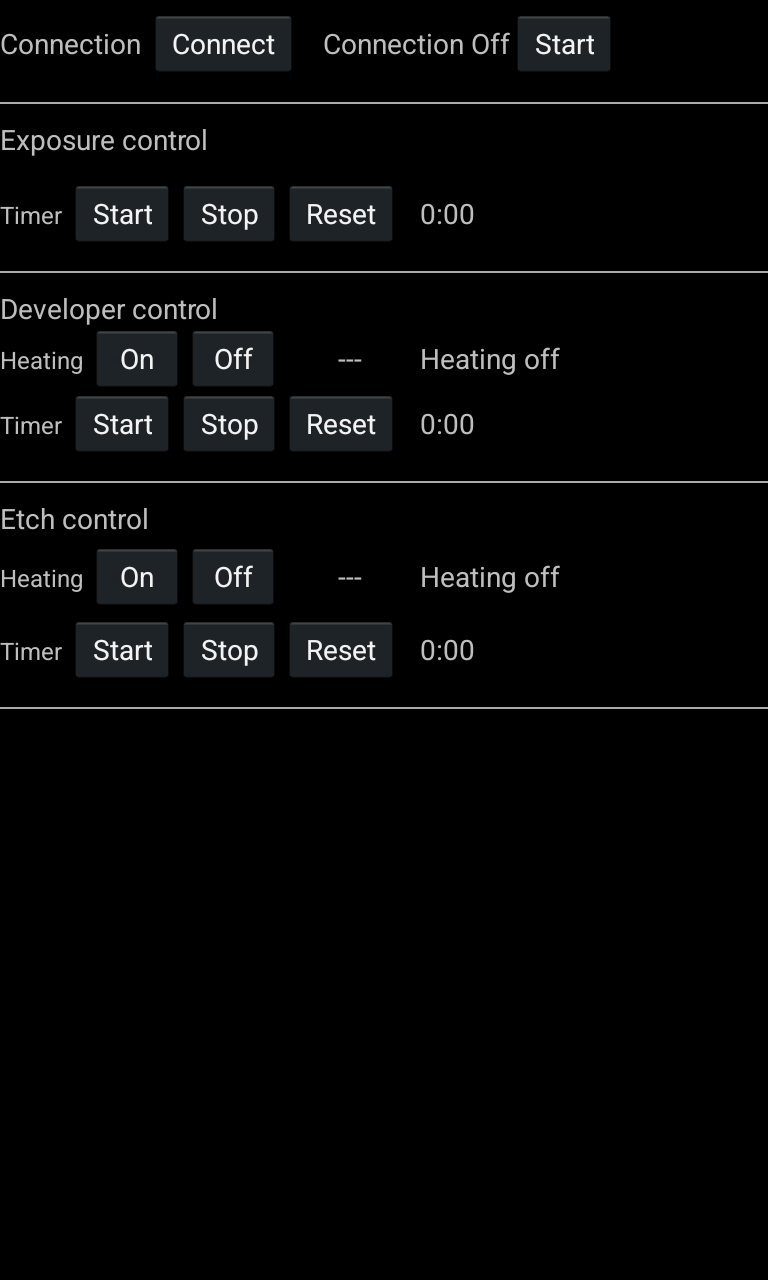
Repository: elbojvv/AndroidIO-apps
Layout: EtchControl/EtchControl/res/layout/activity_main.xml
These files come from the project's save history. The layout is drawn as it stood at one moment and after the next save; the edit follows.
It is drawn on a 768 x 1280 px phone screen (xhdpi) without system bars, with theme android:Theme.Holo; the app's code is not run.

Above is the layout before, as saved 2015-06-25 19:23:56.

### EtchControl/EtchControl/res/layout/activity_main.xml
<?xml version="1.0" encoding="utf-8"?>
<RelativeLayout
	android:id="@+id/view"
	xmlns:android="http://schemas.android.com/apk/res/android"
	android:layout_width="fill_parent"
	android:layout_height="fill_parent">

<!-- BLUETOOTH CONTROL -->

  	<TextView
		android:id="@+id/idBTText"
		android:text="@string/bluetooth"
		android:layout_width="wrap_content"
		android:layout_height="wrap_content"
        android:layout_marginTop="12dp"
        android:textAppearance="?android:attr/textAppearanceSmall" />

  	<Button
        android:id="@+id/idBTConnect"
        style="?android:attr/buttonStyleSmall"
        android:layout_width="wrap_content"
        android:layout_height="wrap_content"
		android:minHeight="0dp"
        android:layout_alignBaseline="@+id/idBTText"
        android:layout_alignBottom="@+id/idBTText"
        android:layout_toRightOf="@+id/idBTText"
        android:text="@string/connect" />



  	<TextView
		android:id="@+id/idBTStatus"
		android:text="@string/bluetooth_off"
		android:layout_width="wrap_content"
		android:layout_height="wrap_content"
        android:layout_alignBaseline="@+id/idBTConnect"
        android:layout_alignBottom="@+id/idBTConnect"
        android:layout_marginLeft="12dp"
        android:layout_toRightOf="@+id/idBTConnect"
        android:textAppearance="?android:attr/textAppearanceSmall" />

     <Button
        android:id="@+id/idExpTimerStart2"
        style="?android:attr/buttonStyleSmall"
        android:layout_width="wrap_content"
        android:layout_height="wrap_content"
		android:minHeight="20dp"
        android:layout_alignBaseline="@+id/idBTStatus"
        android:layout_alignBottom="@+id/idBTStatus"
        android:layout_toRightOf="@+id/idBTStatus"
        android:text="@string/start" />


  <!-- EXPOSURE CONTROL -->

    <View
        android:id="@+id/idSeperator1"
    	android:layout_width="fill_parent"
    	android:layout_height="1dp"
        android:layout_below="@+id/idBTText"
        android:layout_marginTop="20dp"
    	android:background="@android:color/darker_gray"/>

      <TextView
        android:id="@+id/idExpHeader"
        android:layout_width="wrap_content"
        android:layout_height="wrap_content"
        android:layout_alignParentLeft="true"
        android:layout_below="@+id/idSeperator1"
        android:layout_marginTop="8dp"
        android:text="@string/exposure_control"
        android:textAppearance="?android:attr/textAppearanceSmall" />

     <TextView
        android:id="@+id/idExpTimerText"
        android:layout_width="wrap_content"
        android:layout_height="wrap_content"
        android:layout_alignParentLeft="true"
        android:layout_below="@+id/idExpHeader"
        android:layout_marginTop="20dp"
        android:text="@string/timer"
        android:textSize="12sp"
        android:textAppearance="?android:attr/textAppearanceSmall" />

     <Button
        android:id="@+id/idExpTimerStart"
        style="?android:attr/buttonStyleSmall"
        android:layout_width="wrap_content"
        android:layout_height="wrap_content"
		android:minHeight="0dp"
        android:layout_alignBaseline="@+id/idExpTimerText"
        android:layout_alignBottom="@+id/idExpTimerText"
        android:layout_toRightOf="@+id/idExpTimerText"
        android:text="@string/start" />

    <Button
        android:id="@+id/idExpTimerStop"
        style="?android:attr/buttonStyleSmall"
        android:layout_width="wrap_content"
        android:layout_height="wrap_content"
		android:minHeight="0dp"
        android:layout_alignBaseline="@+id/idExpTimerStart"
        android:layout_alignBottom="@+id/idExpTimerStart"
        android:layout_toRightOf="@+id/idExpTimerStart"
        android:text="@string/stop" />

    <Button
        android:id="@+id/idExpTimerReset"
        style="?android:attr/buttonStyleSmall"
        android:layout_width="wrap_content"
        android:layout_height="wrap_content"
		android:minHeight="0dp"
        android:layout_alignBaseline="@+id/idExpTimerStop"
        android:layout_alignBottom="@+id/idExpTimerStop"
        android:layout_toRightOf="@+id/idExpTimerStop"
        android:text="@string/reset" />

    <TextView
        android:id="@+id/idExpTimerStat"
        android:layout_width="wrap_content"
        android:layout_height="wrap_content"
        android:layout_toRightOf="@+id/idExpTimerReset"
        android:layout_alignBottom="@+id/idExpTimerReset"
        android:layout_alignBaseline="@+id/idExpTimerReset"
        android:layout_marginLeft="10dp"
        android:text="@string/exptime"
        android:textAppearance="?android:attr/textAppearanceSmall" />

<!-- DEVELOPER CONTROL -->

  		<View
        android:id="@+id/idSeperator2"
    	android:layout_width="fill_parent"
    	android:layout_height="1dp"
        android:layout_below="@+id/idExpTimerText"
        android:layout_marginTop="20dp"
    	android:background="@android:color/darker_gray"/>

     <TextView
        android:id="@+id/idDevelopHeader"
        android:layout_width="wrap_content"
        android:layout_height="wrap_content"
        android:layout_alignParentLeft="true"
        android:layout_below="@+id/idSeperator2"
        android:layout_marginTop="8dp"
        android:text="@string/developer_control"
        android:textAppearance="?android:attr/textAppearanceSmall" />

     <TextView
        android:id="@+id/idDevelopTempText"
        android:layout_width="wrap_content"
        android:layout_height="wrap_content"
        android:layout_alignParentLeft="true"
        android:layout_below="@+id/idDevelopHeader"
        android:layout_marginTop="8dp"
        android:text="@string/heating"
        android:textSize="12sp"
        android:textAppearance="?android:attr/textAppearanceSmall" />

     <Button
        android:id="@+id/idDevelopTempOn"
        style="?android:attr/buttonStyleSmall"
        android:layout_width="wrap_content"
        android:layout_height="wrap_content"
		android:minHeight="0dp"
        android:layout_alignBaseline="@+id/idDevelopTempText"
        android:layout_alignBottom="@+id/idDevelopTempText"
        android:layout_toRightOf="@+id/idDevelopTempText"
        android:text="@string/buttonon" />

    <Button
        android:id="@+id/idDevelopTempOff"
        style="?android:attr/buttonStyleSmall"
        android:layout_width="wrap_content"
        android:layout_height="wrap_content"
		android:minHeight="0dp"
        android:layout_alignBaseline="@+id/idDevelopTempOn"
        android:layout_alignBottom="@+id/idDevelopTempOn"
        android:layout_toRightOf="@+id/idDevelopTempOn"
        android:text="@string/buttonoff" />

    <TextView
        android:id="@+id/idDevelopTempTemp"
        android:layout_width="wrap_content"
        android:layout_height="wrap_content"
        android:layout_toRightOf="@+id/idDevelopTempOff"
        android:layout_alignBottom="@+id/idDevelopTempOff"
        android:layout_alignBaseline="@+id/idDevelopTempOff"
        android:layout_marginLeft="10dp"
        android:minEms="3"
        android:gravity="center"
        android:text="@string/temp"
        android:textAppearance="?android:attr/textAppearanceSmall" />

    <TextView
        android:id="@+id/idDevelopTempStat"
        android:layout_width="wrap_content"
        android:layout_height="wrap_content"
        android:layout_toRightOf="@+id/idDevelopTempTemp"
        android:layout_alignBottom="@+id/idDevelopTempTemp"
        android:layout_alignBaseline="@+id/idDevelopTempTemp"
        android:layout_marginLeft="10dp"
        android:text="@string/heating_stat"
        android:textAppearance="?android:attr/textAppearanceSmall" />

    <TextView
        android:id="@+id/idDevelopTimerText"
        android:layout_width="wrap_content"
        android:layout_height="wrap_content"
        android:layout_alignParentLeft="true"
        android:layout_below="@+id/idDevelopTempText"
        android:layout_marginTop="16dp"
        android:text="@string/timer"
        android:textSize="12sp"
        android:textAppearance="?android:attr/textAppearanceSmall" />

     <Button
        android:id="@+id/idDevelopTimerStart"
        style="?android:attr/buttonStyleSmall"
        android:layout_width="wrap_content"
        android:layout_height="wrap_content"
		android:minHeight="0dp"
        android:layout_alignBaseline="@+id/idDevelopTimerText"
        android:layout_alignBottom="@+id/idDevelopTimerText"
        android:layout_toRightOf="@+id/idDevelopTimerText"
        android:text="@string/start" />

    <Button
        android:id="@+id/idDevelopTimerStop"
        style="?android:attr/buttonStyleSmall"
        android:layout_width="wrap_content"
        android:layout_height="wrap_content"
		android:minHeight="0dp"
        android:layout_alignBaseline="@+id/idDevelopTimerStart"
        android:layout_alignBottom="@+id/idDevelopTimerStart"
        android:layout_toRightOf="@+id/idDevelopTimerStart"
        android:text="@string/stop" />

    <Button
        android:id="@+id/idDevelopTimerReset"
        style="?android:attr/buttonStyleSmall"
        android:layout_width="wrap_content"
        android:layout_height="wrap_content"
		android:minHeight="0dp"
        android:layout_alignBaseline="@+id/idDevelopTimerStop"
        android:layout_alignBottom="@+id/idDevelopTimerStop"
        android:layout_toRightOf="@+id/idDevelopTimerStop"
        android:text="@string/reset" />

    <TextView
        android:id="@+id/idDevelopTimerStat"
        android:layout_width="wrap_content"
        android:layout_height="wrap_content"
        android:layout_toRightOf="@+id/idDevelopTimerReset"
        android:layout_alignBottom="@+id/idDevelopTimerReset"
        android:layout_alignBaseline="@+id/idDevelopTimerReset"
        android:layout_marginLeft="10dp"
        android:text="@string/exptime"
        android:textAppearance="?android:attr/textAppearanceSmall" />

<!-- ETCH TIMER CONTROL -->


    <View
        android:id="@+id/idSeperator3"
    	android:layout_width="fill_parent"
    	android:layout_height="1dp"
        android:layout_below="@+id/idDevelopTimerText"
        android:layout_marginTop="20dp"
    	android:background="@android:color/darker_gray"/>

     <TextView
        android:id="@+id/idEtchHeader"
        android:layout_width="wrap_content"
        android:layout_height="wrap_content"
        android:layout_alignParentLeft="true"
        android:layout_below="@+id/idSeperator3"
        android:layout_marginTop="8dp"
        android:text="@string/etch_control"
        android:textAppearance="?android:attr/textAppearanceSmall" />

     <TextView
        android:id="@+id/idEtchTempText"
        android:layout_width="wrap_content"
        android:layout_height="wrap_content"
        android:layout_alignParentLeft="true"
        android:layout_below="@+id/idEtchHeader"
        android:layout_marginTop="12dp"
        android:text="@string/heating"
        android:textSize="12sp"
        android:textAppearance="?android:attr/textAppearanceSmall" />

     <Button
        android:id="@+id/idEtchTempOn"
        style="?android:attr/buttonStyleSmall"
        android:layout_width="wrap_content"
        android:layout_height="wrap_content"
		android:minHeight="0dp"
        android:layout_alignBaseline="@+id/idEtchTempText"
        android:layout_alignBottom="@+id/idEtchTempText"
        android:layout_toRightOf="@+id/idEtchTempText"
        android:text="@string/buttonon" />

    <Button
        android:id="@+id/idEtchTempOff"
        style="?android:attr/buttonStyleSmall"
        android:layout_width="wrap_content"
        android:layout_height="wrap_content"
		android:minHeight="0dp"
        android:layout_alignBaseline="@+id/idEtchTempOn"
        android:layout_alignBottom="@+id/idEtchTempOn"
        android:layout_toRightOf="@+id/idEtchTempOn"
        android:text="@string/buttonoff" />

    <TextView
        android:id="@+id/idEtchTempTemp"
        android:layout_width="wrap_content"
        android:layout_height="wrap_content"
        android:layout_toRightOf="@+id/idEtchTempOff"
        android:layout_alignBottom="@+id/idEtchTempOff"
        android:layout_alignBaseline="@+id/idEtchTempOff"
        android:layout_marginLeft="10dp"
        android:minEms="3"
        android:gravity="center"
        android:text="@string/temp"
        android:textAppearance="?android:attr/textAppearanceSmall" />

    <TextView
        android:id="@+id/idEtchTempStat"
        android:layout_width="wrap_content"
        android:layout_height="wrap_content"
        android:layout_toRightOf="@+id/idEtchTempTemp"
        android:layout_alignBottom="@+id/idEtchTempTemp"
        android:layout_alignBaseline="@+id/idEtchTempTemp"
        android:layout_marginLeft="10dp"
        android:text="@string/heating_stat"
        android:textAppearance="?android:attr/textAppearanceSmall" />

     <TextView
        android:id="@+id/idEtchTimerText"
        android:layout_width="wrap_content"
        android:layout_height="wrap_content"
        android:layout_alignParentLeft="true"
        android:layout_below="@+id/idEtchTempText"
        android:layout_marginTop="20dp"
        android:text="@string/timer"
        android:textSize="12sp"
        android:textAppearance="?android:attr/textAppearanceSmall" />

     <Button
        android:id="@+id/idEtchTimerStart"
        style="?android:attr/buttonStyleSmall"
        android:layout_width="wrap_content"
        android:layout_height="wrap_content"
		android:minHeight="0dp"
        android:layout_alignBaseline="@+id/idEtchTimerText"
        android:layout_alignBottom="@+id/idEtchTimerText"
        android:layout_toRightOf="@+id/idEtchTimerText"
        android:text="@string/start" />

    <Button
        android:id="@+id/idEtchTimerStop"
        style="?android:attr/buttonStyleSmall"
        android:layout_width="wrap_content"
        android:layout_height="wrap_content"
		android:minHeight="0dp"
        android:layout_alignBaseline="@+id/idEtchTimerStart"
        android:layout_alignBottom="@+id/idEtchTimerStart"
        android:layout_toRightOf="@+id/idEtchTimerStart"
        android:text="@string/stop" />

    <Button
        android:id="@+id/idEtchTimerReset"
        style="?android:attr/buttonStyleSmall"
        android:layout_width="wrap_content"
        android:layout_height="wrap_content"
		android:minHeight="0dp"
        android:layout_alignBaseline="@+id/idEtchTimerStop"
        android:layout_alignBottom="@+id/idEtchTimerStop"
        android:layout_toRightOf="@+id/idEtchTimerStop"
        android:text="@string/reset" />

    <TextView
        android:id="@+id/idEtchTimerStat"
        android:layout_width="wrap_content"
        android:layout_height="wrap_content"
        android:layout_toRightOf="@+id/idEtchTimerReset"
        android:layout_alignBottom="@+id/idEtchTimerReset"
        android:layout_alignBaseline="@+id/idEtchTimerReset"
        android:layout_marginLeft="10dp"
        android:text="@string/exptime"
        android:textAppearance="?android:attr/textAppearanceSmall" />




   <!-- DEBUG CONTROL -->

     <View
        android:id="@+id/idSeperator4"
    	android:layout_width="fill_parent"
    	android:layout_height="1dp"
        android:layout_below="@+id/idEtchTimerText"
        android:layout_marginTop="20dp"
    	android:background="@android:color/darker_gray"/>


    <TextView
        android:id="@+id/idDebugtext"
        android:layout_width="wrap_content"
        android:layout_height="wrap_content"
        android:layout_alignParentLeft="true"
        android:layout_below="@+id/idSeperator4"
        android:layout_marginTop="5dp"
        android:text="@string/debugtext"
        android:textAppearance="?android:attr/textAppearanceSmall" />


</RelativeLayout>

### EtchControl/EtchControl/res/values/strings.xml
<?xml version="1.0" encoding="utf-8"?>
<resources>

    <string name="app_name">Etch Control</string>
    <string name="action_settings">Settings</string>
    <string name="title_activity_usersettingactivity">User Setting</string>

    <!-- Strings voor het menu -->
    <string name="menu_settings">Settings</string>
    <string name="menu_exit">Exit</string>

    <!-- Strings voor setting menu -->
    <string name="connection_title">Connection</string>
    <string name="conn_mode_text">Connection to AndroidIO board</string>
    <string name="conn_mode_extra">Choose Bluetooth or WiFi connection. Need restart to activate!</string>
    <string name="bt_address_text">Bluetooth address</string>
    <string name="bt_address_extra">Bluetooth address of AndroidIO board. See Android settings / Bluetooth.</string>
    <string name="wifi_address_text">WiFi address</string>
    <string name="wifi_address_extra">WiFi address of AndroidIO board. See the HDCP your router, or use a port scanner.</string>
    <string name="wifi_port_text">WiFi port</string>
    <string name="wifi_port_extra">WiFi port of AndroidIO board. See the manual of the module.</string>
    <string name="usbhost_port_text">USB board number</string>
    <string name="usbhost_port_extra">Number of USB host board connected. 0 is first, 1 is second, etc.</string>

    <string name="control_exp_settings_title">Exposure Control</string>
    <string name="exp_time_text">Exposure time</string>
    <string name="exp_time_extra">Set exposure time in seconds</string>
    <string name="set_exp_buzz_text">External Buzzer</string>
    <string name="set_exp_buzz_extra">Should the external buzzer buzz when timer is completed?</string>
    <string name="set_exp_beep_text">Android Beep</string>
    <string name="set_exp_beep_extra">Should the Android Device beep when timer is completed?</string>

    <string name="control_dev_settings_title">developer Control</string>
    <string name="dev_time_text">Developer time</string>
    <string name="dev_time_extra">Set developer time in seconds</string>
    <string name="set_dev_buzz_text">External Buzzer</string>
    <string name="set_dev_buzz_extra">Should the external buzzer buzz when timer is completed?</string>
    <string name="set_dev_beep_text">Android Beep</string>
    <string name="set_dev_beep_extra">Should the Android Device beep when timer is completed?</string>
    <string name="dev_ntc_text">Temperature sensor</string>
    <string name="dev_ntc_extra">Indicate whether a temperature sensor is present.</string>
    <string name="dev_temp_text">Temperature</string>
    <string name="dev_temp_extra">Target temperature for developer bath (Celsius).</string>
    <string name="dev_hyst_text">Hysteresis</string>
    <string name="dev_hyst_extra">Hysteresis around the target temperature (Celsius).</string>
    <string name="set_dev_show_temp_ok_text">Show temperature OK</string>
    <string name="set_dev_show_temp_ok_extra">Should the temperature show green/read when the temperature is in the right range?</string>
    <string name="dev_temp_ok_text">Temperature range OK</string>
    <string name="dev_temp_ok_extra">Range around the target temperature for OK (Celsius).</string>
    <string name="dev_beta_text">Beta value</string>
    <string name="dev_beta_extra">Beta value of the NTC. See datasheet of the NTC.</string>

    <string name="control_etch_settings_title">Etch Control</string>
    <string name="etch_time_text">Etch time</string>
    <string name="etch_time_extra">Set etch time in seconds</string>
    <string name="set_etch_buzz_text">External Buzzer</string>
    <string name="set_etch_buzz_extra">Should the external buzzer buzz when timer is completed?</string>
    <string name="set_etch_beep_text">Android Beep</string>
    <string name="set_etch_beep_extra">Should the Android etchice beep when timer is completed?</string>
    <string name="etch_ntc_text">Temperature sensor</string>
    <string name="etch_ntc_extra">Indicate whether a temperature sensor is present.</string>
    <string name="etch_temp_text">Temperature</string>
    <string name="etch_temp_extra">Target temperature for etch bath (Celsius).</string>
    <string name="etch_hyst_text">Hysteresis</string>
    <string name="etch_hyst_extra">Hysteresis around the target temperature (Celsius).</string>
    <string name="set_etch_show_temp_ok_text">Show temperature OK</string>
    <string name="set_etch_show_temp_ok_extra">Should the temperature show green/read when the temperature is in the right range?</string>
    <string name="etch_temp_ok_text">Temperature range OK</string>
    <string name="etch_temp_ok_extra">Range around the target temperature for OK (Celsius).</string>
    <string name="etch_beta_text">Beta value</string>
    <string name="etch_beta_extra">Beta value of the NTC. See datasheet of the NTC.</string>

    <string name="gui_settings_title">GUI settings</string>
    <string name="set_sleep_text">Prohibit screensaver</string>
    <string name="set_sleep_extra">Prohibit screensaver and leave screen on.</string>
    <string name="set_bt_green_text">Connection status green</string>
    <string name="set_bt_green_extra">Color the connection indication green when connected.</string>
    <string name="set_debug_text">Debug</string>
    <string name="set_debug_extra">Show response of the AndroidIO board.</string>

    <!-- STRINGS FOR ETCH CONTROL GUI -->
    <string name="bluetooth">"Connection "</string>
    <string name="connect">Connect</string>
    <string name="bluetooth_off">Connection Off</string>
    <string name="exposure_control">Exposure control</string>
    <string name="timer">"Timer "</string>
    <string name="start">Start</string>
    <string name="stop">Stop</string>
    <string name="reset">Reset</string>
    <string name="exptime">0:00</string>
    <string name="developer_control">Developer control</string>
    <string name="heating">"Heating "</string>
    <string name="buttonon">On</string>
    <string name="buttonoff">Off</string>
    <string name="temp">---</string>
    <string name="heating_stat">Heating off</string>
    <string name="etch_control">Etch control</string>
    <string name="debugtext"> </string>

</resources>

After the next save:
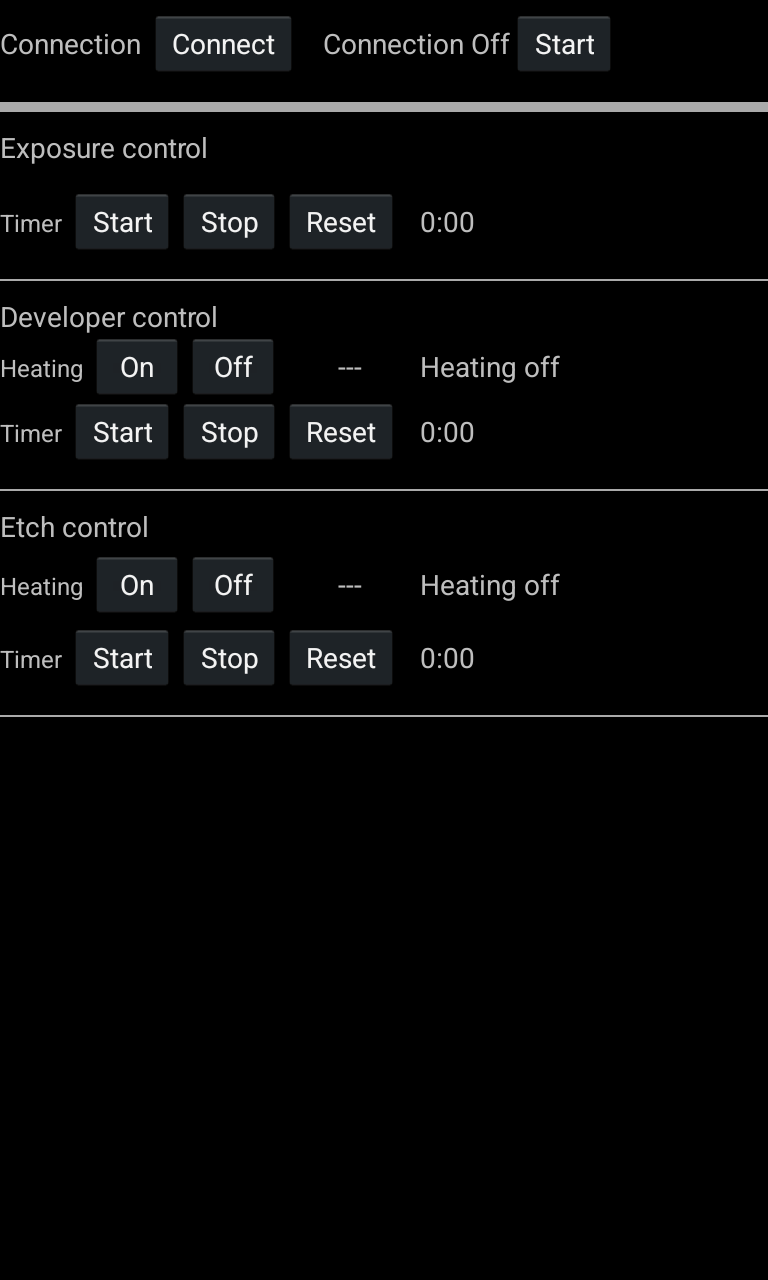
Saved 37 s later.
--- a/EtchControl/EtchControl/res/layout/activity_main.xml
+++ b/EtchControl/EtchControl/res/layout/activity_main.xml
@@ -56,7 +56,7 @@
     <View
         android:id="@+id/idSeperator1"
     	android:layout_width="fill_parent"
-    	android:layout_height="1dp"
+    	android:layout_height="5dp"
         android:layout_below="@+id/idBTText"
         android:layout_marginTop="20dp"
     	android:background="@android:color/darker_gray"/>
